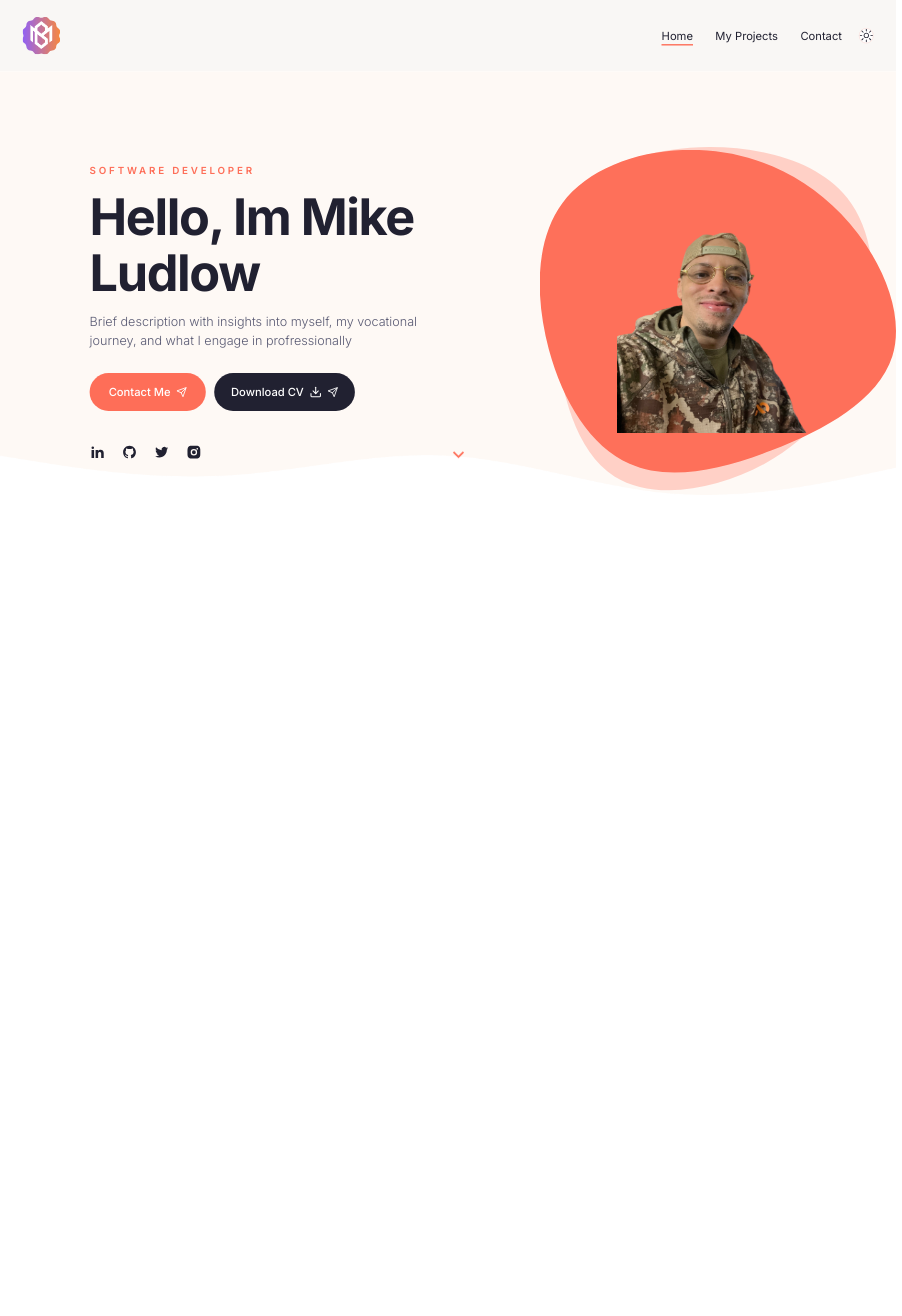
Repository: MikeeBuilds/mike-port
Page: /
An editor plug-in stored every save of this project. The page is shown before and after the next save, followed by the edit.
The browser window is 1280 px wide. The page is 1288 px wide, so the pictures cover 1288 px, including what lies to the right of the window. The pictures show the part of the page from y = 0 to 1880 px (the page is 4731 px tall), at 70% of full size.
The project was rebuilt for these pictures with package versions that can differ from the ones it lists, and the page was loaded fresh each time. The framework's server and built-in components were replaced by stand-ins that run in the browser. Also part of the build but not shown: next.config.js, components/Badge.jsx.

Above is the page before, as saved 2023-11-30 11:16:31.

After the next save:
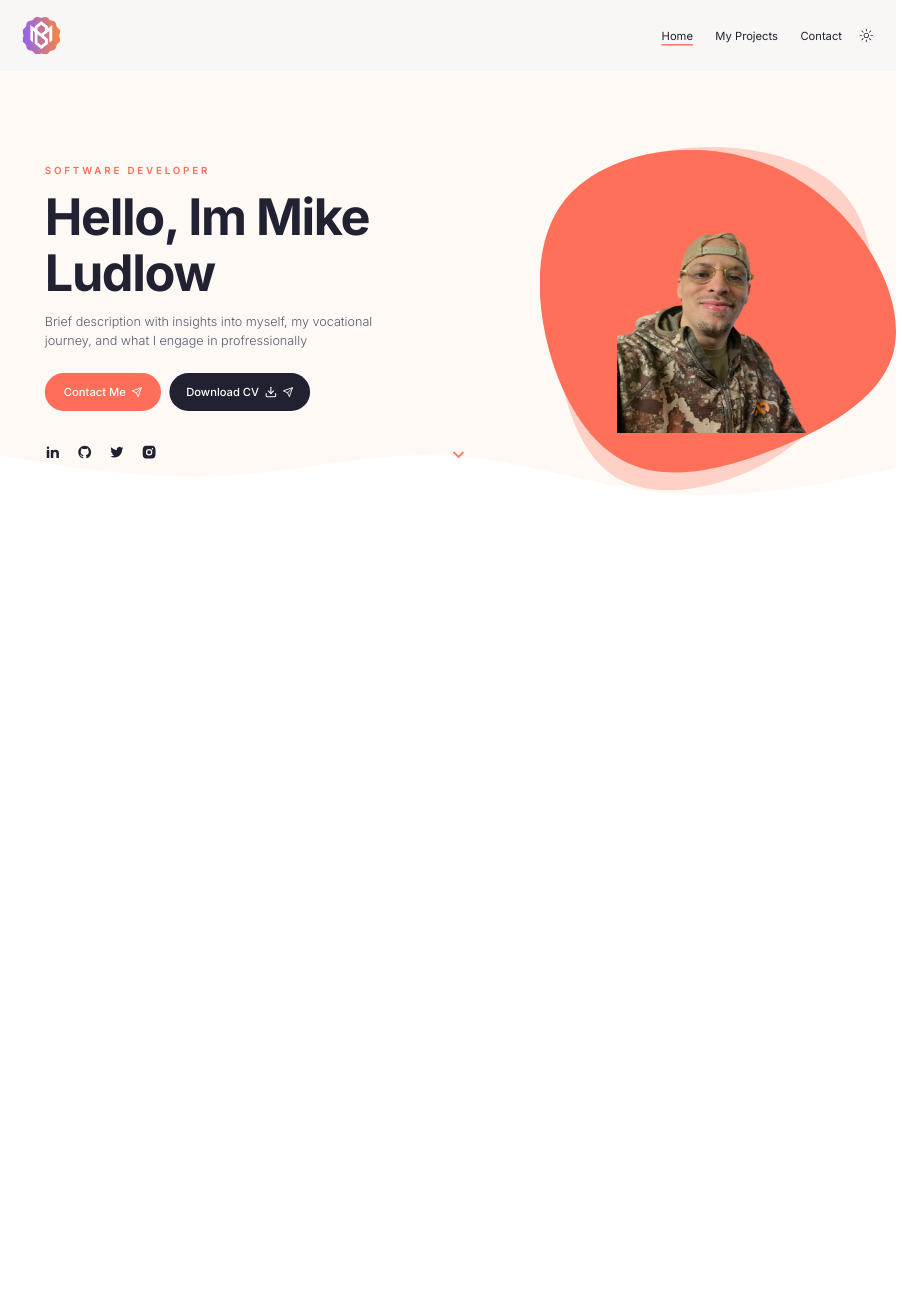
Saved 2 min 18 s later.
--- a/components/Hero.jsx
+++ b/components/Hero.jsx
@@ -19,7 +19,7 @@
     <section className="py-12 xl:py-24 h-[84vh] xl:pt-28 bg-hero bg-no-repeat bg-bottom bg-cover dark:bg-none">
       <div className="flex justify-between gap-x-8">
         {/* text */}
-        <div className="flex max-w-[600px] flex-col justify-center mx-auto xl:mx-32 text-center xl:text-left">
+        <div className="flex max-w-[600px] flex-col justify-center mx-auto xl:mx-16 text-center xl:text-left">
           <div className="text-sm uppercase font-semibold mb-4 text-primary tracking-[4px]">
             Software Developer
           </div>

After the save that followed:
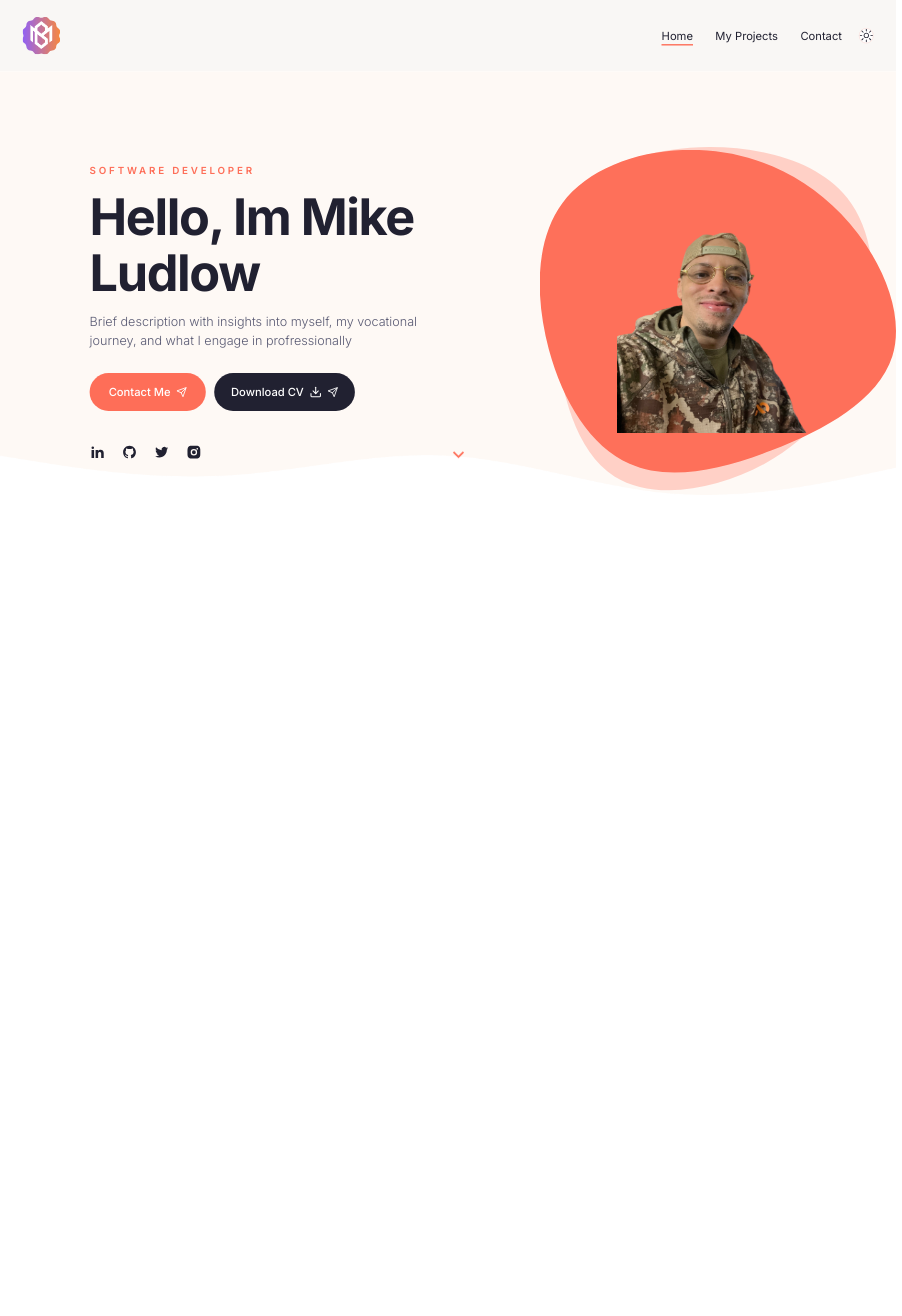
Saved 8 s later.
--- a/components/Hero.jsx
+++ b/components/Hero.jsx
@@ -19,7 +19,7 @@
     <section className="py-12 xl:py-24 h-[84vh] xl:pt-28 bg-hero bg-no-repeat bg-bottom bg-cover dark:bg-none">
       <div className="flex justify-between gap-x-8">
         {/* text */}
-        <div className="flex max-w-[600px] flex-col justify-center mx-auto xl:mx-16 text-center xl:text-left">
+        <div className="flex max-w-[600px] flex-col justify-center mx-auto xl:mx-32 text-center xl:text-left">
           <div className="text-sm uppercase font-semibold mb-4 text-primary tracking-[4px]">
             Software Developer
           </div>
